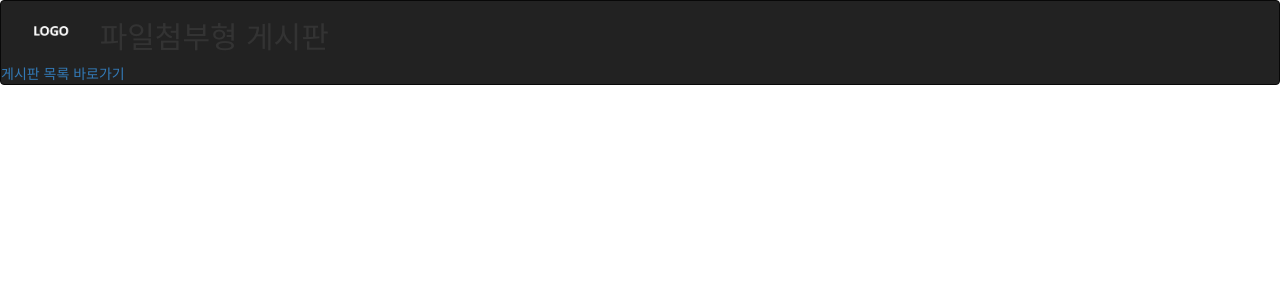
Repository: bhj305/JSP_Bulletin_Board
Page: http://localhost/BulletinBoard/14MVCBoard/Default.jsp
The author's editor kept a copy of each file at every save. The page is drawn from the files as they stood at one save, then again after the next save.
The browser window is 1280 px wide. The pictures show the whole page.
The page is served by Tomcat 10. Other server files are loaded and not shown.

Above is the page before, as saved 2025-05-17 03:36:23.

### BulletinBoard/src/main/webapp/14MVCBoard/Default.jsp
<%@ page language="java" contentType="text/html; charset=UTF-8"
    pageEncoding="UTF-8"%>
<!DOCTYPE html>
<html>
	<head>
		<meta charset="UTF-8">
		<title>메인페이</title>
	</head>
	<body>
		<jsp:include page="../Common/Link.jsp"></jsp:include>
		<h2>파일첨부형 게시판</h2>
		<a href="../mvcboard/list.do">게시판 목록 바로가기</a>
	</body>
</html>

### BulletinBoard/src/main/webapp/Common/Link.jsp
<%@ page language="java" contentType="text/html; charset=UTF-8"
    pageEncoding="UTF-8"%>
<!DOCTYPE html>
<html>
	<head>
		<meta charset="UTF-8">
		<title>메인페이지</title>
	<!-- bootstrap  -->
	<link rel="stylesheet" href="https://maxcdn.bootstrapcdn.com/bootstrap/3.4.1/css/bootstrap.min.css">
	      <script src="https://ajax.googleapis.com/ajax/libs/jquery/3.7.1/jquery.min.js"></script>
	      <script src="https://maxcdn.bootstrapcdn.com/bootstrap/3.4.1/js/bootstrap.min.js"></script>
	      <link rel="stylesheet" href="https://cdnjs.cloudflare.com/ajax/libs/font-awesome/4.7.0/css/font-awesome.min.css">
	</head>
	<body>
		<nav class="navbar navbar-inverse">
            <div class="navbar-header">
                <a class="navbar-brand" href="#">
                  <img src="../images/logo.png" alt="" style="height: 30px;">
                </a>
            </div>
	</body>
</html>

After the next save:
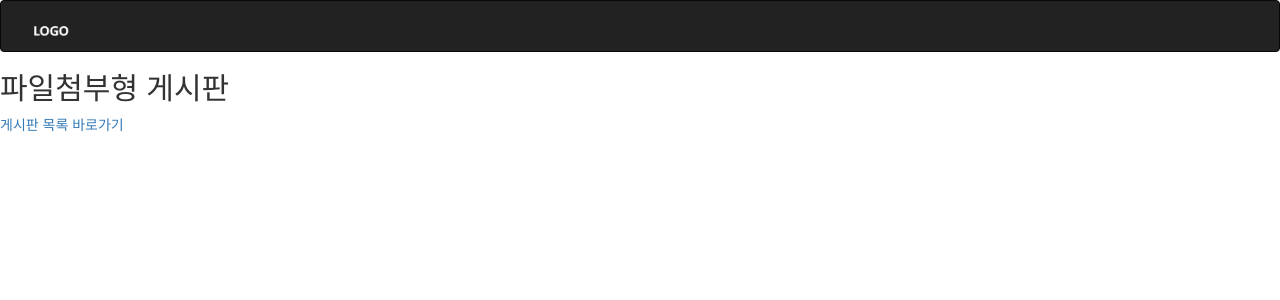
Saved 25 s later.
--- a/BulletinBoard/src/main/webapp/Common/Link.jsp
+++ b/BulletinBoard/src/main/webapp/Common/Link.jsp
@@ -12,11 +12,12 @@
 	      <link rel="stylesheet" href="https://cdnjs.cloudflare.com/ajax/libs/font-awesome/4.7.0/css/font-awesome.min.css">
 	</head>
 	<body>
-		<nav class="navbar navbar-inverse">
-            <div class="navbar-header">
-                <a class="navbar-brand" href="#">
-                  <img src="../images/logo.png" alt="" style="height: 30px;">
-                </a>
+		 <nav class="navbar navbar-inverse">
+             <div class="navbar-header">
+                 <a class="navbar-brand" href="#">
+                 	<img src="../images/logo.png" alt="" style="height: 30px;">
+                 </a>
             </div>
+         </nav>
 	</body>
 </html>
